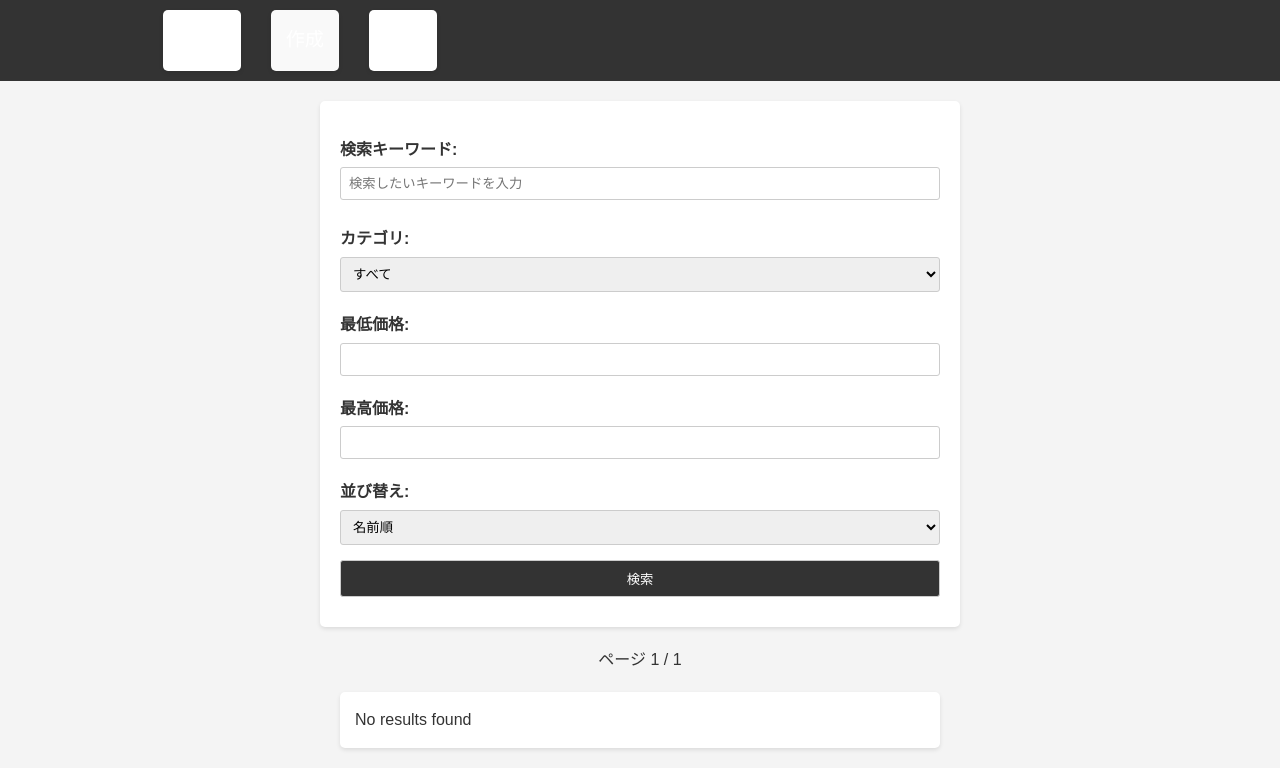
Repository: mamesuke7274/2024_kouki_kuwayamasyoutarou
Page: http://localhost/
An editor plug-in stored every save of this project. The page is shown before and after a run of saves, followed by the edit.
The browser window is 1280 px wide. The pictures show the whole page.
The page is served by the project's application, run on Django 4.2 (manage.py). Queries for data that is not in the repository find no rows.

Above is the page before, as saved 2024-10-23 14:32:42.

After the next 2 saves:
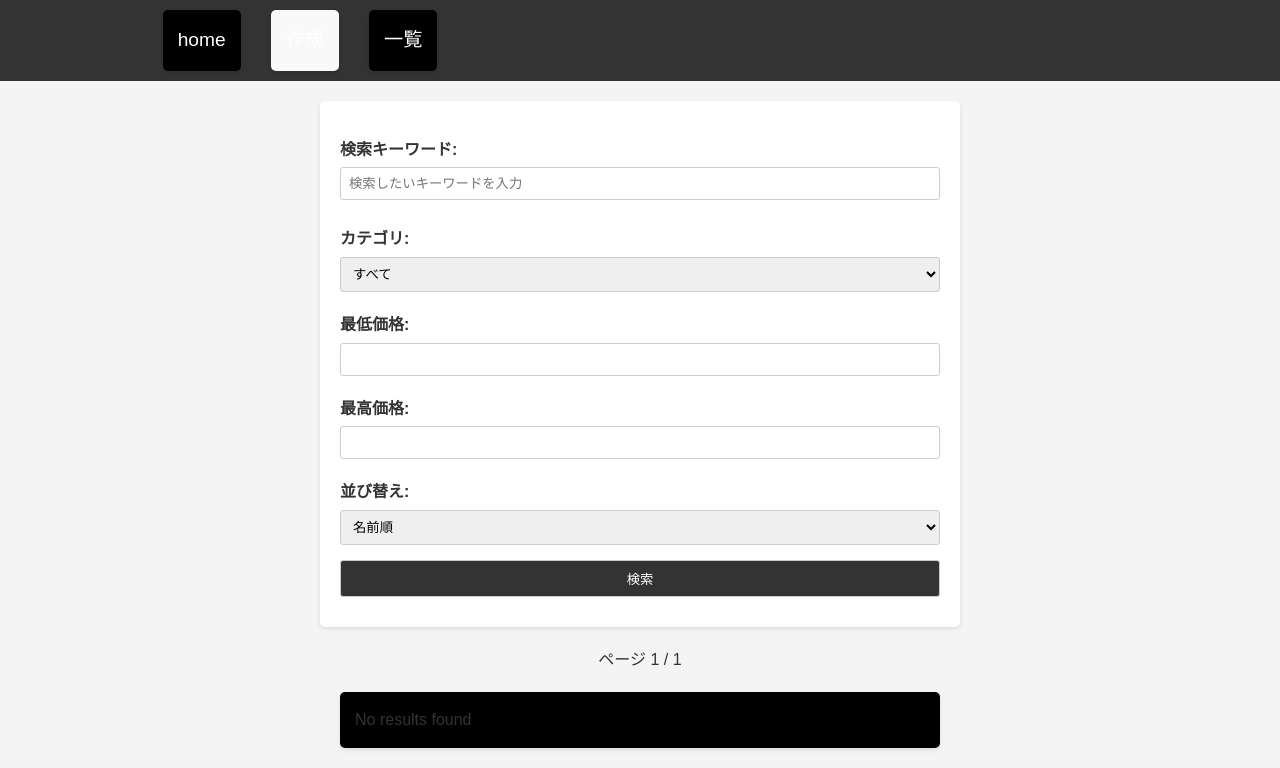
The 2 saves are shown as one change because they came seconds apart.
The last was saved 51 s later.
--- a/search_app/templates/search.html
+++ b/search_app/templates/search.html
@@ -122,7 +122,7 @@
         }
 
         ul li {
-            background: #fff;
+            background: #000;
             margin-bottom: 10px;
             padding: 15px;
             border-radius: 5px;

After the save that followed:
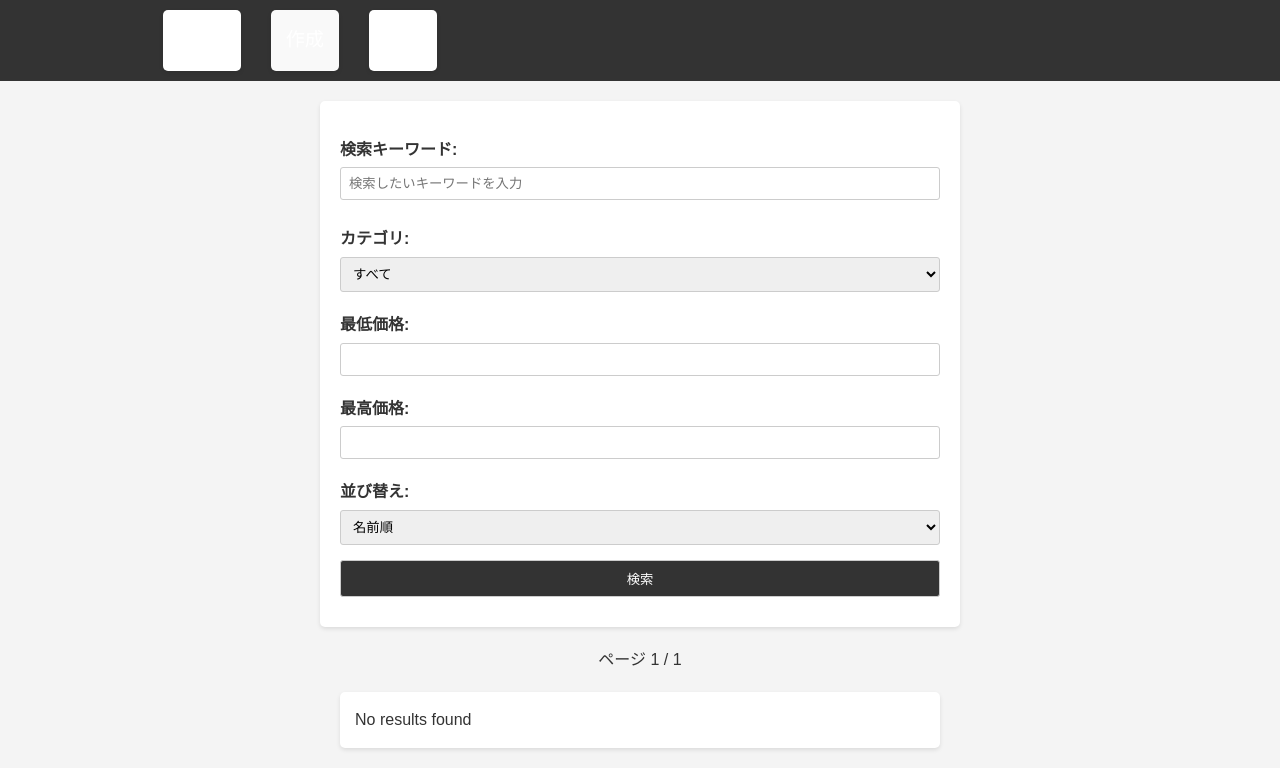
Saved 15 s later.
--- a/search_app/templates/search.html
+++ b/search_app/templates/search.html
@@ -122,7 +122,7 @@
         }
 
         ul li {
-            background: #000;
+            background: #fff;
             margin-bottom: 10px;
             padding: 15px;
             border-radius: 5px;
